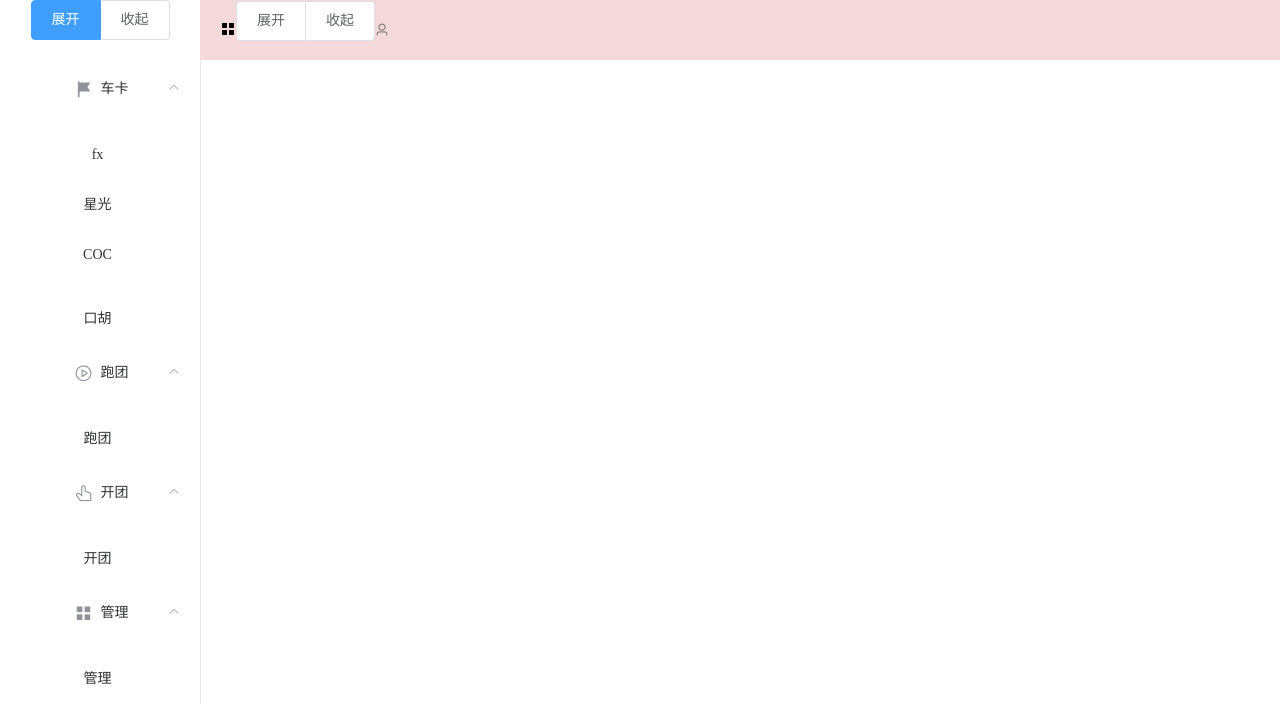
Repository: redlout/ptgkd
Page: /
An editor plug-in stored every save of this project. The page is shown before and after the next save, followed by the edit.
The browser window is 1280 px wide. The pictures show the whole page.
The project was rebuilt for these pictures with package versions that can differ from the ones it lists, and the page was loaded fresh each time. Also part of the build but not shown: src/mock/mock.js, src/views/Login.vue, src/components/SvgIcon/index.vue.

Above is the page before, as saved 2019-09-02 16:31:13.

### index.html
<!DOCTYPE html>
<html>
  <head>
    <meta charset="utf-8">
    <meta name="viewport" content="width=device-width,initial-scale=1.0">
    <title>ptgkd</title>
  </head>
  <body>
    <div id="app"></div>
    <!-- built files will be auto injected -->
  </body>
</html>

<style>
body{
  margin:0;
  padding:0;
}
</style>

### src/main.js
// import '@/styles/index.scss'
// import 'normalize.css/normalize.css'
import Vue from 'vue'
import App from './App'
import router from './router'

import ElementUI from 'element-ui'
import 'element-ui/lib/theme-chalk/index.css'
import api from './http/index'
import './icons'
import store from './store'

Vue.config.productionTip = false
Vue.use(ElementUI);
Vue.use(api);

// Vue.use(api)
/* eslint-disable no-new */
new Vue({
  el: '#app',
  router,
  store,
  render: h => h(App)
})

### src/router/index.js
import Vue from 'vue'
import Router from 'vue-router'
import HelloWorld from '@/views/HelloWorld'
import Login from '@/views/Login'

Vue.use(Router)

const router = new Router({
  routes: [
    {
      path: '/',
      name: 'HelloWorld',
      component: HelloWorld
    },
    {
      path: '/login',
      name: 'Login',
      component: Login
    }
  ]
})

export default router

### src/http/index.js
// 导入所有接口
import apis from './api'

const install = Vue => {
    if (install.installed)
        return;

    install.installed = true;

    Object.defineProperties(Vue.prototype, {
        // 注意，此处挂载在 Vue 原型的 $api 对象上
        $api: {
            get() {
                return apis
            }
        }
    })
}

export default install

### src/icons/index.js
import Vue from 'vue'
import SvgIcon from '@/components/SvgIcon'// svg component

// register globally
Vue.component('svg-icon', SvgIcon)

const req = require.context('./svg', false, /\.svg$/)
const requireAll = requireContext => requireContext.keys().map(requireContext)
requireAll(req)

### src/store/index.js
import Vue from 'vue'
import vuex from 'vuex'

Vue.use(vuex);
import collapse from './modules/collapse.js'
const store = new vuex.Store({
    modules: {
        collapseState: collapse,
        // menu: mymenu
        // 其他
    }
})

export default store

### src/views/HelloWorld.vue
<template>
<div class="container" >
  <el-container style="height: 100%;" direction="vertical">

    <el-container>
          <AsideBar></AsideBar>
      <el-main></el-main>
    </el-container>
    <HeadBar></HeadBar>
  </el-container>
</div>
</template>

<script>
import AsideBar from "../components/AsideBar/index";
import HeadBar from "../components/HeadBar/index";
export default {
  name: "HelloWorld",
  data() {
    return {
      isCollapse: false
    };
  },
  components: {
    AsideBar,
    HeadBar
  },
  methods: {
    logout: function() {
      var _this = this;
      this.$confirm("确认退出吗?", "提示", {
        type: "warning"
      }).then(() => {
        // sessionStorage.removeItem("user");
        this.$router.push("/login");
      });
    }
  }
};
</script>

<style scoped>
  .container {
    position:absolute;
    top: 0px;
    left: 0px;
    right: 0px;
    background: #4b5f6e;
  }
</style>

### src/http/api.js
import axios from './axios'

const login = data =>{
    return axios({
        url: '/login',
        method: 'post',
        data
    })
}

const logout = () =>{
    return axios({

    })
}

export default{
    login,
    logout
}

### src/store/modules/collapse.js
export default {
    state: {
        collapse:false  // 导航栏收缩状态
    },
    getters: {
        collapse(state){// 对应着上面state
            return collapse;
        }
    },
    mutations: {
        collapse(state){  // 改变收缩状态
            state.collapse = !state.collapse;
        }
    },
    actions: {

    }
}

### src/components/AsideBar/index.vue
<template>
  <el-aside width="initial" style="background-color: rgb(238, 241, 246) ">
    <el-menu
      :default-openeds="['1','2','3','4']"
      class="el-menu-vertical-demo"
      @open="handleOpen"
      @close="handleClose"
      :collapse="isCollapse"
    >
      <el-radio-group v-model="isCollapse" style="margin-bottom:20px;">
        <el-radio-button :label="false">展开</el-radio-button>
        <el-radio-button :label="true">收起</el-radio-button>
      </el-radio-group>
      <el-submenu index="1">
        <template slot="title">
          <i class="el-icon-s-flag"></i>
          <span slot="title">车卡</span>
        </template>
        <el-menu-item-group>
          <el-menu-item index="1-1">fx</el-menu-item>
          <el-menu-item index="1-2">星光</el-menu-item>
          <el-menu-item index="1-3">COC</el-menu-item>
        </el-menu-item-group>
        <el-menu-item-group>
          <el-menu-item index="1-1">口胡</el-menu-item>
        </el-menu-item-group>
      </el-submenu>
      <el-submenu index="2">
        <template slot="title">
          <i class="el-icon-video-play"></i>
          <span slot="title">跑团</span>
        </template>
        <el-menu-item-group>
          <el-menu-item index="2-1">跑团</el-menu-item>
        </el-menu-item-group>
      </el-submenu>
      <el-submenu index="3">
        <template slot="title">
          <i class="el-icon-thumb"></i>
          <span slot="title">开团</span>
        </template>
        <el-menu-item-group>
          <el-menu-item index="3-1">开团</el-menu-item>
        </el-menu-item-group>
      </el-submenu>
      <el-submenu index="4">
        <template slot="title">
          <i class="el-icon-menu"></i>
          <span slot="title">管理</span>
        </template>
        <el-menu-item-group>
          <el-menu-item index="3-1">管理</el-menu-item>
        </el-menu-item-group>
      </el-submenu>
    </el-menu>
  </el-aside>
</template>


<script>
export default {
  name: "AsideBar",
  data() {
    return {
      isCollapse: false
    };
  },
  methods: {
    handleOpen(key, keyPath) {
      // console.log(key, keyPath);
    },
    handleClose(key, keyPath) {
      // console.log(key,keyPath)
    }
  }
};
</script>

<style>
.el-aside {
  background-color: #d3dce6;
  color: #333;
  text-align: center;
  line-height: 10px;
  position: absolute;
}
.el-menu-vertical-demo:not(.el-menu--collapse) {
  width: 200px;
  min-height: 400px;
}
</style>

### src/components/HeadBar/index.vue
<template>
  <el-header>
    <span @click.prevent="collapse">
      <i class="el-icon-menu"></i>
    </span>
          <el-radio-group v-model="isCollapse" style="margin-bottom:20px;">
        <el-radio-button :label="false">展开</el-radio-button>
        <el-radio-button :label="true">收起</el-radio-button>
      </el-radio-group>
    <el-dropdown>
      <i class="el-icon-user" style="margin-right: 15px"></i>
      <el-dropdown-menu slot="dropdown">
        <el-dropdown-item>个人信息</el-dropdown-item>
        <el-dropdown-item>管理</el-dropdown-item>
        <el-dropdown-item divided @click="logout">登出</el-dropdown-item>
      </el-dropdown-menu>
    </el-dropdown>
  </el-header>
  <!-- <el-main></el-main> -->
</template>


<style>
.el-header {
  position: absolute;
  background-color: rgb(243, 217, 217);
  left: 200px;
  right: 0px;
  height: 60px;
  line-height: 60px;
}
</style>

### src/http/axios.js
import axios from 'axios';
import qs from 'qs';
import Cookies from "js-cookie";
import router from "@/router"

export default function $axios(options){
    return new Promise((resolve, reject) => {
      console.log(options)
        const instance = axios.create({
            baseURL: 'http://localhost:8080/',
            headers: {'Content-Type': 'application/json;charset=UTF-8'},
            timeout: '10000',
            transformResponse: [function (data){
            }]
        })
        // request 拦截器
        instance.interceptors.request.use(function(config){
                let token = Cookies.get('token')
                console.log(config)
                if(1){
                    config.headers.accessToken = 111
                }else{
                    //重定向到登陆页面
                    router.push('/login')
                }
                if(config.method === 'post'){
                    if(config.data.__proto__ === FormData.prototype
                        || config.url.endsWith('path')
                        || config.url.endsWith('mark')
                        || config.url.endsWith('patchs')
                        ){
                        }else{
                          config.data = qs.stringify(config.data)
                          console.log(config.data)
                        }
                    }
                    return config
                },
                function (error) {
                // 请求超时
                console.log('request:', error)
                if(error.code === 'ECONNABORTED' && error.message.indexOf('timeout') !== -1){
                    console.log('timeout 请求超时')
                }
                // 重定向到错误页面
                const errorInfo = error.response
                console.log(errorInfo)
                if(errorInfo){
                    error = errorInfo.data
                    const errorStatus = errorInfo.statue; // 404 403 500 ...
                    router.push({
                        path:  `/error/${errorStatus}`
                    })
                }
                return Promise.reject(error)
            }
        )
        console.log(11111111111111)
        instance.interceptors.response.use(function(response){
                let data;
                if(response.data == undefined){
                  data = JSON.parse(response.request.responseText)
                }else{
                    data = response.data
                }

                //根据返回的code 来进行不同的处理
                switch(data.rc){
                    case 1:
                        console.log(data.desc)
                        break;
                    case 0:
                        store.commit('changeState')
                    default:

                }
                return data
            },
            function(err){
              console.log(999999)
                if (err && err.response) {
                    switch (err.response.status) {
                      case 400:
                        err.message = '请求错误'
                        break
                      case 401:
                        err.message = '未授权，请登录'
                        break
                      case 403:
                        err.message = '拒绝访问'
                        break
                      case 404:
                        err.message = `请求地址出错: ${err.response.config.url}`
                        break
                      case 408:
                        err.message = '请求超时'
                        break
                      case 500:
                        err.message = '服务器内部错误'
                        break
                      case 501:
                        err.message = '服务未实现'
                        break
                      case 502:
                        err.message = '网关错误'
                        break
                      case 503:
                        err.message = '服务不可用'
                        break
                      case 504:
                        err.message = '网关超时'
                        break
                      case 505:
                        err.message = 'HTTP版本不受支持'
                        break
                      default:
                    }
                  }
                  console.error(err)
                  return Promise.reject(err)
            }
        )
        //请求处理
        instance(options).then(res => {
          console.log(2222222)
            resolve(res)
            return false
        }).catch(error => {
          console.log(33333)
            reject(error)
        })
        console.log(4444)
    })
}

Loaded but not shown: src/App.vue (common file)

After the next save:
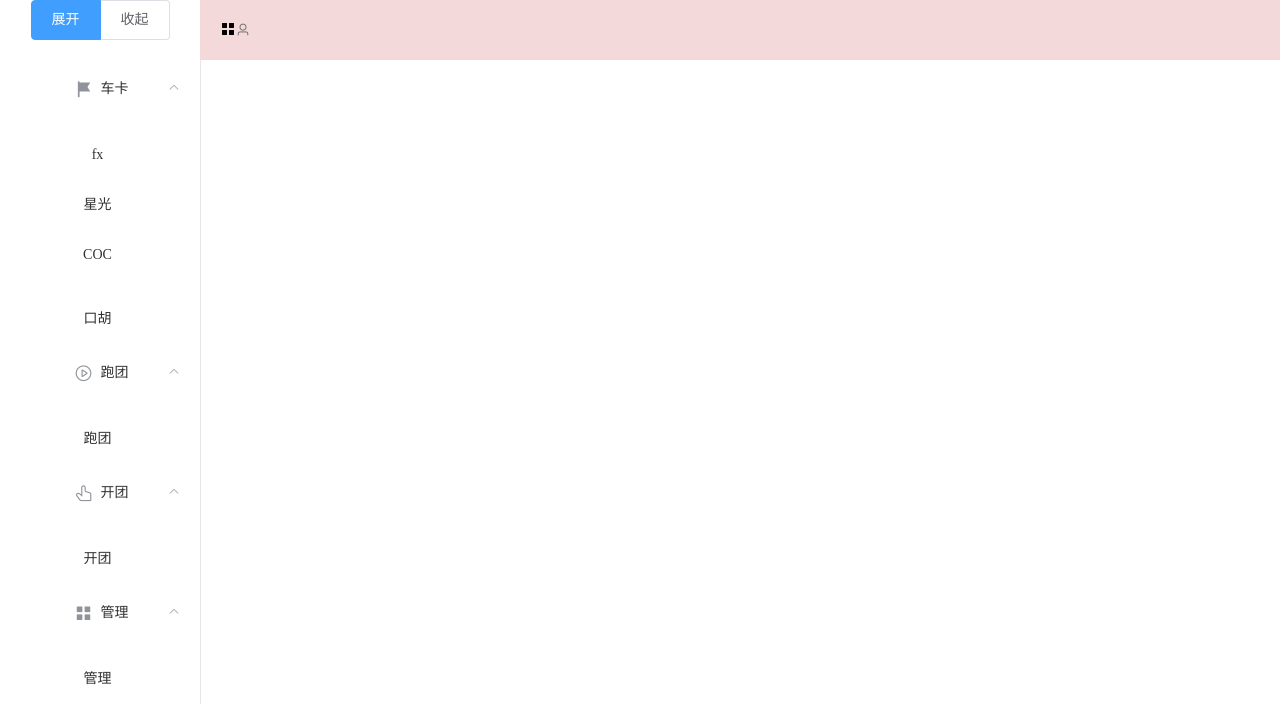
Saved 8 s later.
--- a/src/components/HeadBar/index.vue
+++ b/src/components/HeadBar/index.vue
@@ -1,12 +1,8 @@
 <template>
-  <el-header>
+  <el-header :class="collapse?'menu-bar-collapse-width':'menu-bar-width'">
     <span @click.prevent="collapse">
       <i class="el-icon-menu"></i>
     </span>
-          <el-radio-group v-model="isCollapse" style="margin-bottom:20px;">
-        <el-radio-button :label="false">展开</el-radio-button>
-        <el-radio-button :label="true">收起</el-radio-button>
-      </el-radio-group>
     <el-dropdown>
       <i class="el-icon-user" style="margin-right: 15px"></i>
       <el-dropdown-menu slot="dropdown">
@@ -29,4 +25,10 @@
   height: 60px;
   line-height: 60px;
 }
+  .menu-bar-width{
+    left: 200px;
+  }
+    .menu-bar-collapse-width{
+    left: 65px;
+  }
 </style>
